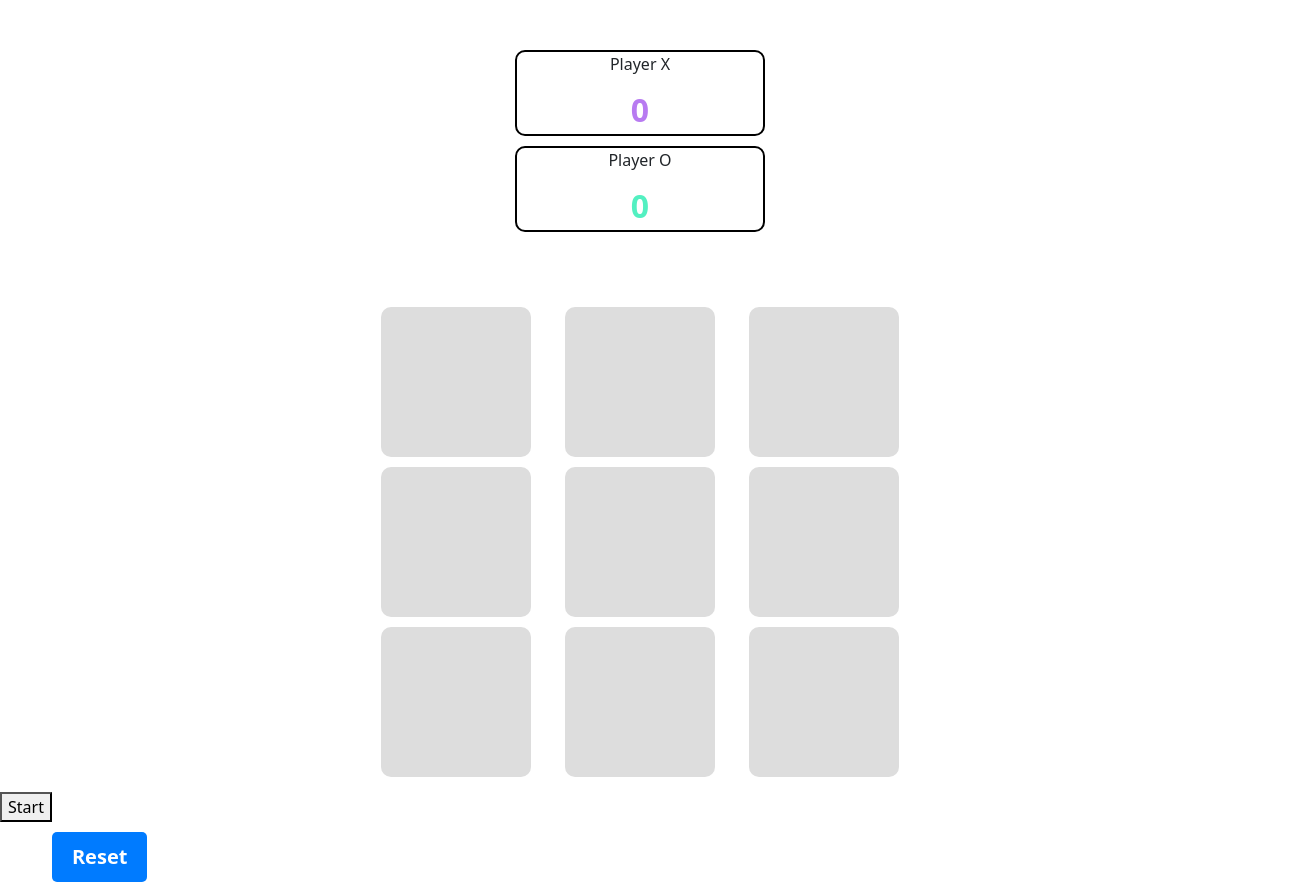
Repository: woodsdeshe/Tic-Tac-Toe
Page: index.html
The author's editor kept a copy of each file at every save. The page is drawn from the files as they stood at one save, then again after the next save.
The browser window is 1280 px wide. The page is 1292 px wide, so the pictures cover 1292 px, including what lies to the right of the window. The pictures show the whole page.

Above is the page before, as saved 2023-03-31 21:16:51.

### index.html
<!DOCTYPE html>
<html lang="en">
  <head>
    <meta charset="UTF-8" />
    <meta http-equiv="X-UA-Compatible" content="IE=edge" />
    <meta name="viewport" content="width=device-width, initial-scale=1.0" />
    <title>Tic Tac Toe | DeShe Woods</title>
    <link rel="stylesheet" href="styles.css" />
    <link
      href="https://cdn.jsdelivr.net/npm/bootstrap@5.3.0-alpha2/dist/css/bootstrap.min.css"
      rel="stylesheet"
      integrity="sha384-aFq/bzH65dt+w6FI2ooMVUpc+21e0SRygnTpmBvdBgSdnuTN7QbdgL+OapgHtvPp"
      crossorigin="anonymous"
    />
  </head>
  <body>
    <div class="container">
      <div class="row">
        <div class="col-12 scoreboard scoreboard-left">
          <div>Player X</div>
          <div class="score-x">0</div>
        </div>
        <div class="col-12 scoreboard scoreboard-right">
          <div>Player O</div>
          <div class="score-o">0</div>
        </div>
      </div>
      <div class="message"></div>
      <div class="container game-board">
        <div class="row">
          <div class="col-4">
            <div class="tile square-1"></div>
          </div>
          <div class="col-4">
            <div class="tile square-2"></div>
          </div>
          <div class="col-4">
            <div class="tile square-3"></div>
          </div>
        </div>
        <div class="row">
          <div class="col-4">
            <div class="tile square-4"></div>
          </div>
          <div class="col-4">
            <div class="tile square-5"></div>
          </div>
          <div class="col-4">
            <div class="tile square-6"></div>
          </div>
        </div>
        <div class="row">
          <div class="col-4">
            <div class="tile square-7"></div>
          </div>
          <div class="col-4">
            <div class="tile square-8"></div>
          </div>
          <div class="col-4">
            <div class="tile square-9"></div>
          </div>
        </div>
      </div>
      </div>
      <div class="row">
        <div class="col">
          <div class="btn-group">
            <div class="start">
              <button class="startBtn">Start</button>
            </div>
            <div class="reset">
              <button class="reset-btn">Reset</button>
            </div>
          </div>
        </div>
      </div>
    </div>
    <script
      src="https://cdn.jsdelivr.net/npm/bootstrap@5.3.0-alpha2/dist/js/bootstrap.bundle.min.js"
      integrity="sha384-qKXV1j0HvMUeCBQ+QVp7JcfGl760yU08IQ+GpUo5hlbpg51QRiuqHAJz8+BrxE/N"
      crossorigin="anonymous"
    ></script>
    <script src="script.js"></script>
  </body>
</html>

### styles.css
.container {
  display: flex;
  flex-direction: column;
  align-items: center;
  margin-top: 50px;
}

.scoreboard {
  display: flex;
  flex-direction: column;
  align-items: center;
  border: 2px solid black;
  border-radius: 10px;
  width: 200px;
}

.scoreboard-left {
  margin-right: 70px;
  margin-bottom: 10px;
}

.scoreboard-right {
  margin: 0;
}

.score-x {
  font-size: 48px;
  color: rgb(184, 123, 241);
}

.score-o {
  font-size: 48px;
  color: rgb(83, 240, 193);
}

.score-x,
.score-o {
  font-size: 2em;
  font-weight: bold;
  margin-top: 10px;
}

.message {
  font-size: 2em;
  margin-bottom: 20px;
}

.game-board {
  display: flex;
  justify-content: center;
}

.tile {
  width: 150px;
  height: 150px;
  background-color: #ddd;
  margin: 5px;
  border-radius: 10px;
  display: flex;
  justify-content: center;
  align-items: center;
  font-size: 50px;
  font-weight: bold;
  cursor: pointer;
}

.btn-group {
    display: flex;
    flex-direction: row;
  }

.reset {
  text-align: center;
  margin-top: 50px;
}

.reset-btn {
  font-size: 20px;
  font-weight: bold;
  padding: 10px 20px;
  background-color: #007bff;
  color: white;
  border-radius: 5px;
  border: none;
  cursor: pointer;
}

.start {
    text-align: center;
    margin-top: 10px;
}

.x-symbol {
    color: rgb(184, 123, 241);
}

.o-symbol {
    color: rgb(83, 240, 193);
}

@media (max-width: 767px) {
  .scoreboard {
    margin-bottom: 20px;
  }
}

### script.js
// Variables that access the squares, reset button, scoreboards , and messaging for the game that will stay constant
const gameBoard = document.querySelector(".game-board");
const resetBtn = document.querySelector(".reset-btn");
const scoreboardX = document.querySelector(".score-x");
const scoreboardO = document.querySelector(".score-o");
const message = document.querySelector(".message");
const tile = document.querySelectorAll(".tile");

// Variables that access the current player, game over, X and O scores that will change based on conditions of the game
let currentPlayer = "X";
let gameOver = false;
let xScore = 0;
let oScore = 0;

// This event listener will check to see if the tiles are empty and will fill them with the symbol of the current player

gameBoard.addEventListener("click", (event) => {
  event.preventDefault();

  //This if statement checks to see if the game is over before allowing the players to continue playing. If gameOver is true, then the board becomes unclickable
  if (gameOver) {
    return;
  }

  // This variable will hold the square that gets clicked using the .target property
  const square = event.target;

  // Checks to see if the square contains a class of tile and the square is empty. If it's empty then the square will contain a symbol and alternate the symbol according to the current player
  if (square.classList.contains("tile") && square.textContent === "") {
    // This if statement adds or removes the appropriate symbol class based on the current player so that the colors of the symbols will be different
    if (currentPlayer === "X") {
      square.classList.add("x-symbol");
      square.classList.remove("o-symbol");
    } else {
      square.classList.add("o-symbol");
      square.classList.remove("x-symbol");
    }

    square.textContent = currentPlayer;

    //Updates the message variable to show who's turn it is on the screen
    message.textContent = `It's ${currentPlayer} turn`;

    currentPlayer = currentPlayer === "X" ? "O" : "X";
  }

  //Calls the checkForWinner function after each turn to see if a player has won
  checkForWinner();
});

// Check to see if the tiles contain a winning play of a specific player
function currentPlay(plays, player) {
  // The .every method checks through every tile within the player array that checks to see if they contain the current players symbol with a boolean "true" or "false"
  return plays.every((tile) => {
    tileElement = document.querySelector(`.square-${tile}`);
    return tileElement.textContent === player;
  });
}

// This function will check to see which player has the winning set after each move
function checkForWinner() {
  // Nested arrays that show all the winning plays that are needed to win
  const winningPlays = [
    [1, 2, 3],
    [4, 5, 6],
    [7, 8, 9],
    [1, 4, 7],
    [2, 5, 8],
    [3, 6, 9],
    [1, 5, 9],
    [3, 5, 7],
  ];

  // Loops through each array within "winingPlays" and stores the values in the variable "plays"
  for (let i = 0; i < winningPlays.length; i++) {
    const plays = winningPlays[i];

    // Create if/else conditions that will check to see if the current player has a winning play thats in 'winningPlays', if no one wins, it calls the "itsATie" function to alert the players that the game is over and prevents the players from continuing to play using th endGame function"
    if (currentPlay(plays, "X")) {
      xScore++;
      scoreboardX.textContent = xScore;
      message.textContent = "Player X Wins!";
      gameOver = true;
      endGame();
    } else if (currentPlay(plays, "O")) {
      oScore++;
      scoreboardO.textContent = oScore;
      message.textContent = "Player O Wins!";
      gameOver = true;
      endGame();
    } else if (itsATie()) {
      message.textContent = "Game over! It's a tie!!!";
      gameOver = true;
      endGame();
    }
  }

  // This function iterates through all the tiles on the board and checks to see if the board is full. If there isn't any empty tiles left, it returns true.
  function itsATie() {
    for (let i = 0; i < tile.length; i++) {
      if (tile[i].textContent === "") {
        return false;
      }
    }
    return true;
  }

  // This function iterates through all the tiles in the game and removes the gameBoard listener so that the board is no longer clickable when the game is over
  function endGame() {
    for (let i = 0; i < tile.length; i++) {
      tile[i].removeEventListener("click", handleClick);
    }
  }
}

//This function resets the game
function resetGame() {
  currentPlayer = "X";
  gameOver = false;
  message.textContent = `It's ${currentPlayer} turn`;
  scoreboardX.textContent = "0";
  scoreboardO.textContent = "0";
  xScore = 0;
  oScore = 0;

  // Clears the board by setting the text content of all tiles to an empty string
  tile.forEach((tile) => {
    tile.textContent = "";
  });

  // Add back the event listener to each tile so that they are clickable again
  tile.forEach((tile) => {
    tile.addEventListener("click", handleTileClick);
  });
}

resetBtn.addEventListener("click", () => {
  resetGame();
});

After the next save:
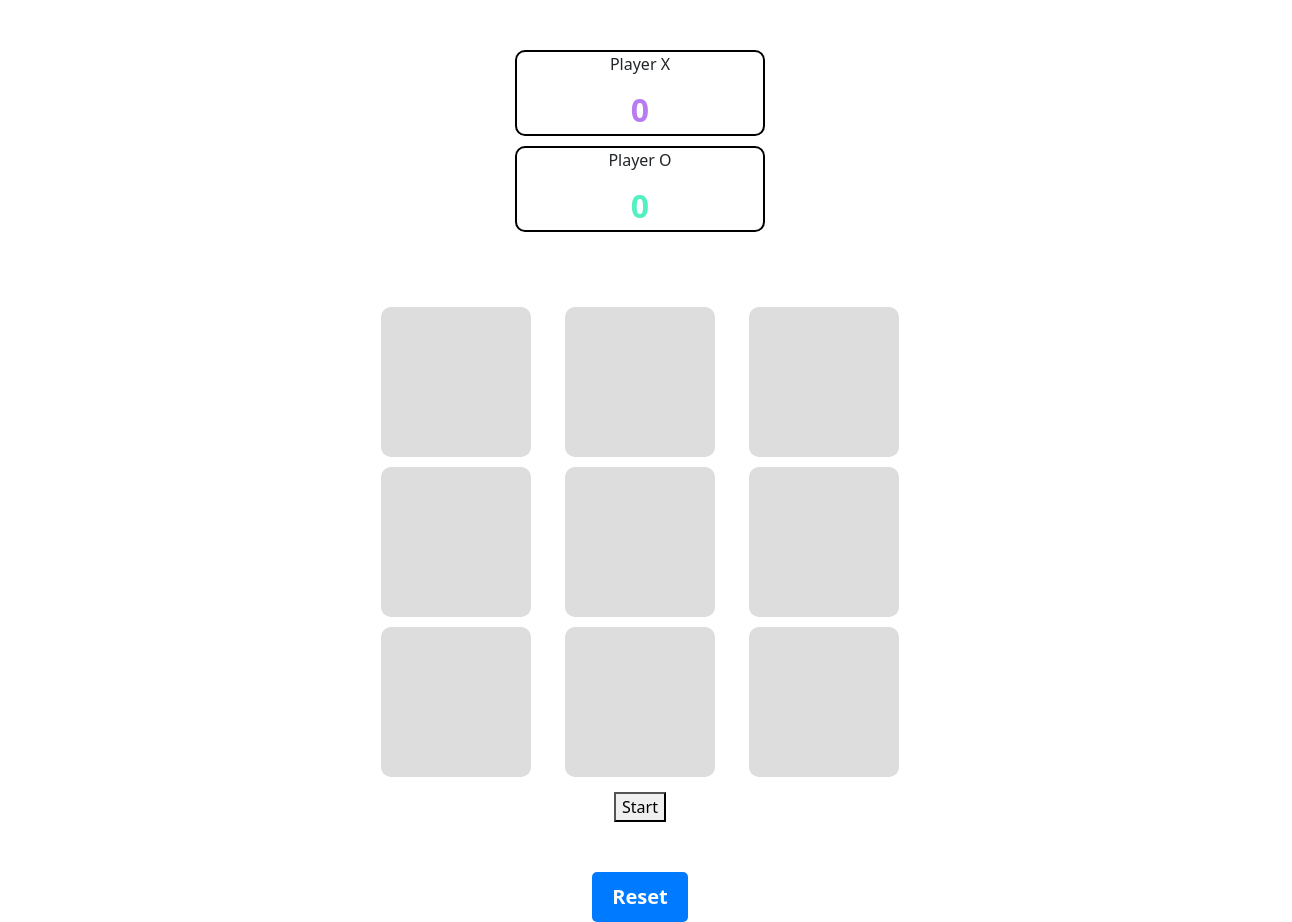
Saved 34 s later.
--- a/index.html
+++ b/index.html
@@ -64,14 +64,13 @@
       </div>
       <div class="row">
         <div class="col">
-          <div class="btn-group">
             <div class="start">
-              <button class="startBtn">Start</button>
-            </div>
-            <div class="reset">
-              <button class="reset-btn">Reset</button>
-            </div>
+            <button class="startBtn">Start</button>
           </div>
+          <div class="reset">
+            <button class="reset-btn">Reset</button>
+          </div>
+
         </div>
       </div>
     </div>
